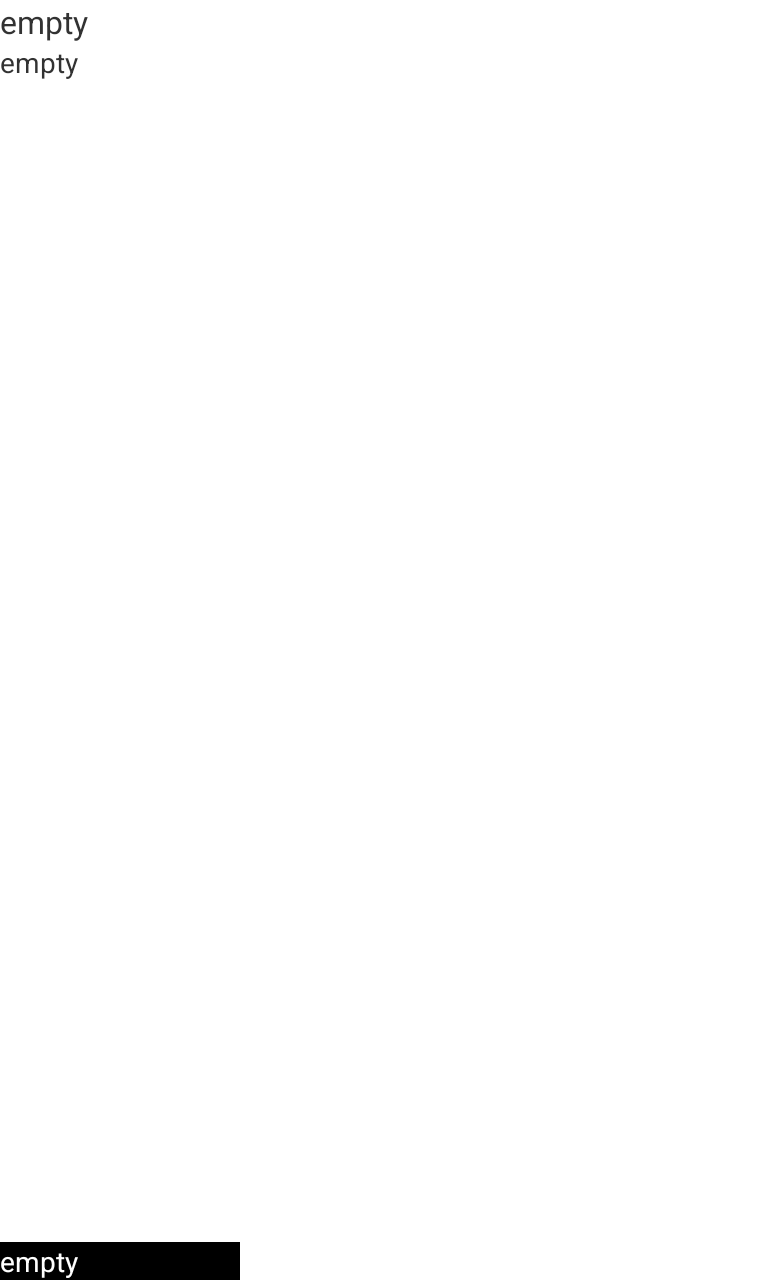
Repository: ironlulu/FloraSG
Layout: floraSG/res/layout/search_result_row.xml
These files come from the project's save history. The layout is drawn as it stood at one moment and after the next save; the edit follows.
It is drawn on a 768 x 1280 px phone screen (xhdpi) without system bars, with theme AppTheme; the app's code is not run.

Above is the layout before, as saved 2014-03-01 17:30:07.

### floraSG/res/layout/search_result_row.xml
<?xml version="1.0" encoding="utf-8"?>
<TableRow xmlns:android="http://schemas.android.com/apk/res/android"
    android:id="@+id/searchResultRow"
    android:layout_width="wrap_content"
    android:layout_height="wrap_content"
    android:layout_marginBottom="@dimen/activity_vertical_margin"
    android:layout_marginLeft="@dimen/activity_horizontal_margin"
    android:layout_marginRight="@dimen/activity_horizontal_margin"
    android:layout_marginTop="@dimen/activity_vertical_margin" >

    <LinearLayout
        android:layout_width="wrap_content"
        android:layout_height="match_parent"
        android:orientation="vertical" >

        <TextView
            android:id="@+id/sciNameTextView"
            android:layout_width="120dp"
            android:layout_height="wrap_content"
            android:clickable="true"
            android:text="empty"
            android:textIsSelectable="true"
            android:textSize="16sp"
            android:color="@color/black" />

        <TextView
            android:id="@+id/comNameTextView"
            android:layout_width="120dp"
            android:layout_height="0dp"
            android:layout_weight="1"
            android:clickable="true"
            android:text="empty"
            android:textIsSelectable="true"
            android:color="@color/black" />

        <TextView
            android:id="@+id/matchNumber"
            android:layout_width="120dp"
            android:layout_height="wrap_content"
            android:background="@color/black"
            android:text="empty"
            android:textColor="@color/white" >
        </TextView>
    </LinearLayout>

    <HorizontalScrollView
        android:id="@+id/speciesScrollView"
        android:layout_width="wrap_content"
        android:layout_height="wrap_content" >

        <LinearLayout
            android:id="@+id/speciesImageScrollView"
            android:layout_width="wrap_content"
            android:layout_height="wrap_content"
            android:dividerPadding="@dimen/search_result_species_image_margin"
            android:orientation="horizontal" >
        </LinearLayout>
    </HorizontalScrollView>

</TableRow>

### floraSG/res/values/colors.xml
<?xml version="1.0" encoding="utf-8"?>
<resources>


    <!-- Default screen margins, per the Android Design guidelines. -->
    <color name="black">#000000</color>
    <color name="white">#ffffff</color>

</resources>

Loaded but not shown: floraSG/res/values/styles.xml (common file); floraSG/res/values-v11/styles.xml (common file); floraSG/res/values-v14/styles.xml (common file); floraSG/res/values/dimens.xml (common file)

After the next save:
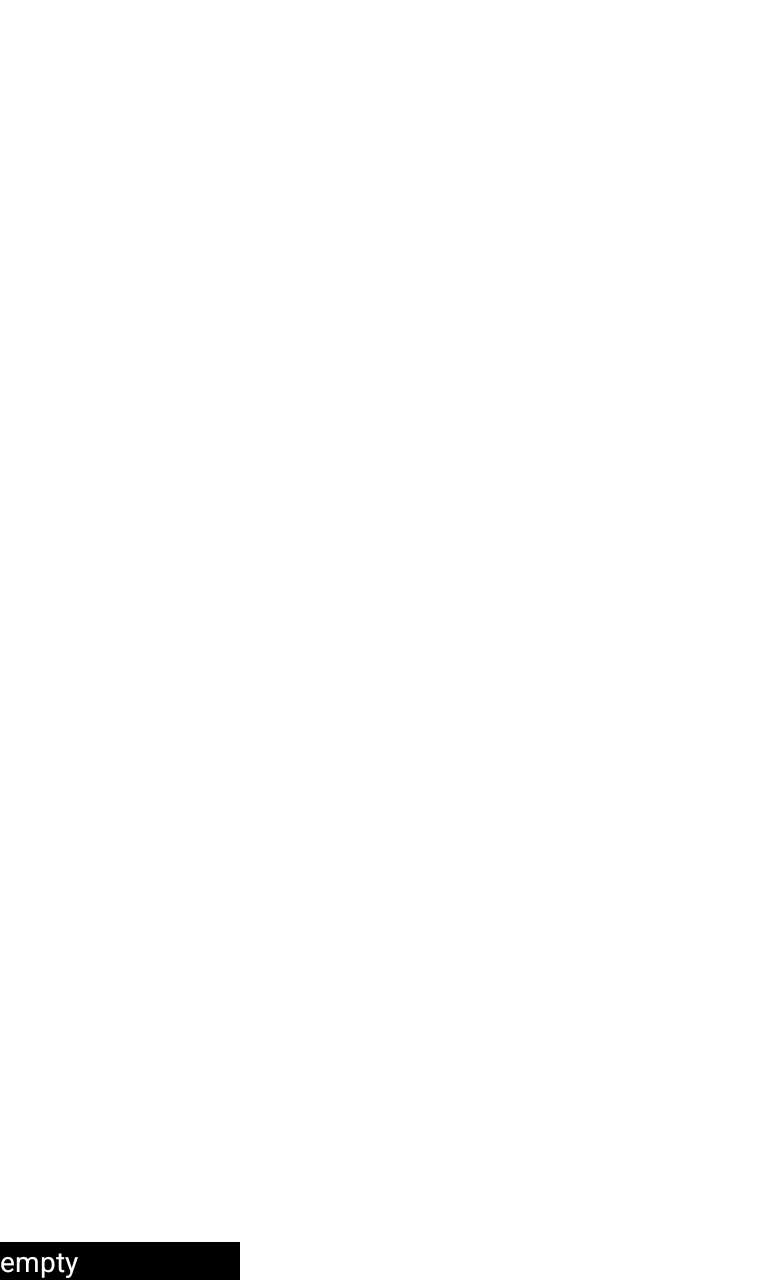
Saved 8 s later.
--- a/floraSG/res/layout/search_result_row.xml
+++ b/floraSG/res/layout/search_result_row.xml
@@ -18,7 +18,6 @@
             android:layout_width="120dp"
             android:layout_height="wrap_content"
             android:clickable="true"
-            android:text="empty"
             android:textIsSelectable="true"
             android:textSize="16sp"
             android:color="@color/black" />
@@ -29,7 +28,6 @@
             android:layout_height="0dp"
             android:layout_weight="1"
             android:clickable="true"
-            android:text="empty"
             android:textIsSelectable="true"
             android:color="@color/black" />
 
